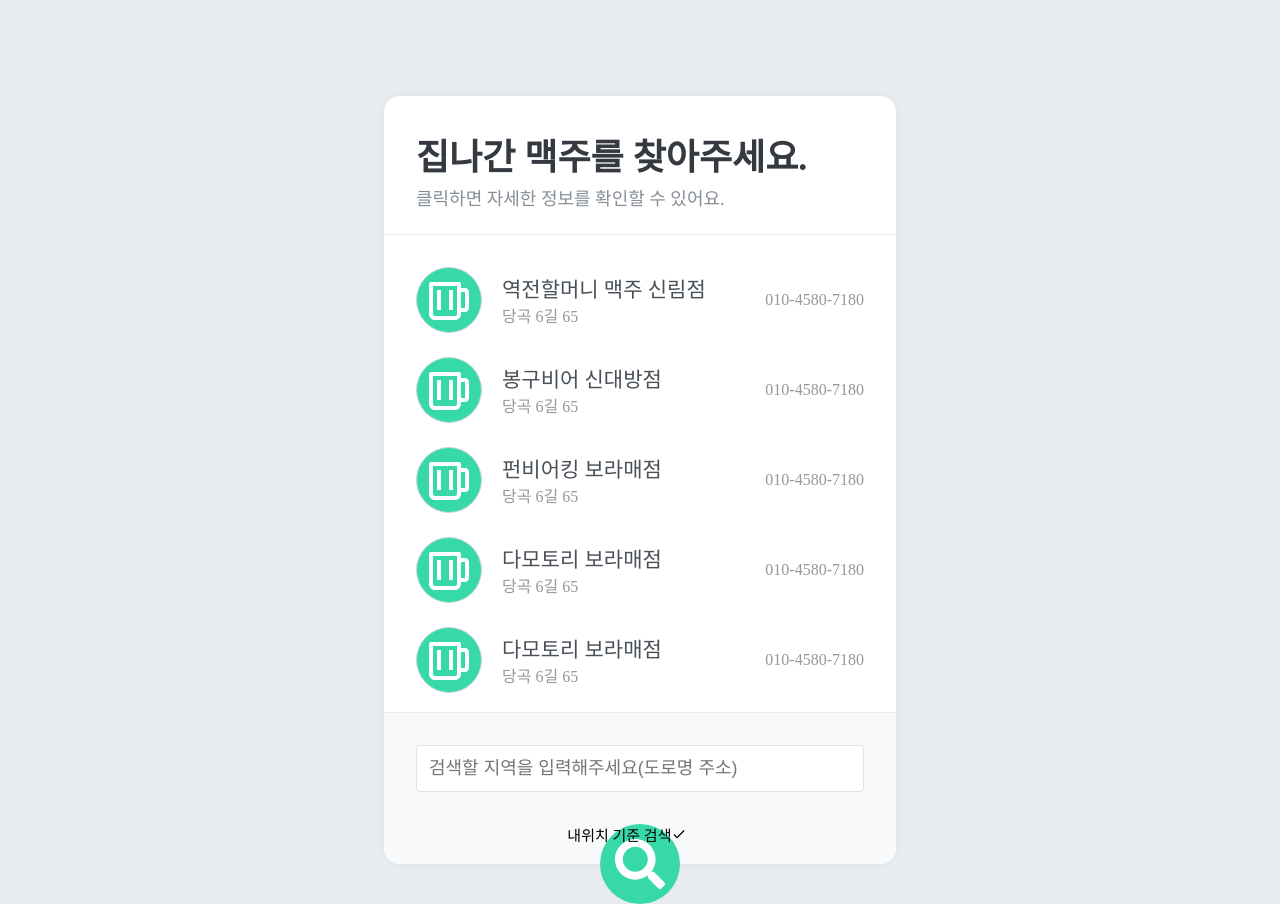
Repository: THE-SOPT-WEB/kimNamjun
Page: / (app in week4/bring-my-beer/)
These files come from the project's save history. The page is drawn as it stood at one moment and after a run of saves; the edit follows.
The browser window is 1280 px wide. The pictures show the whole page.
An inner scrolling area shows only its first screen. The project was rebuilt for these pictures with package versions that can differ from the ones it lists, and the page was loaded fresh each time.

Above is the page before, as saved 2022-05-13 02:10:20.

After the next 2 saves:
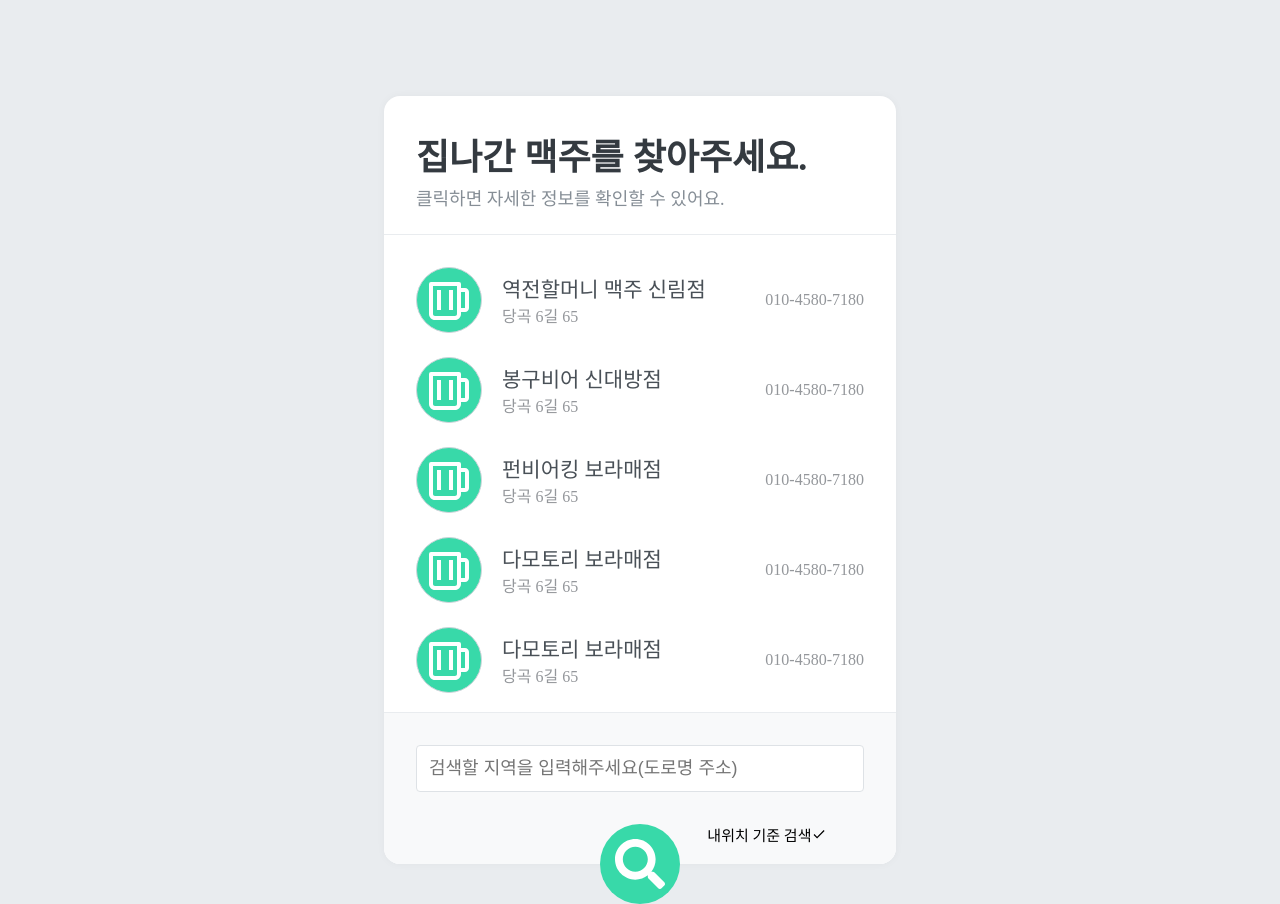
The 2 saves are shown as one change because they came seconds apart.
The last was saved 7 s later.
--- a/week4/bring-my-beer/src/components/Search.jsx
+++ b/week4/bring-my-beer/src/components/Search.jsx
@@ -65,7 +65,7 @@ const CheckBox = styled.div`
   justify-content: center;
   font-size: 15px;
   position: absolute;
-  right: 150px;
+  right: 10px;
   bottom: 30px;
   transform: translate(-50%, 50%);
   border-radius: 50%;
